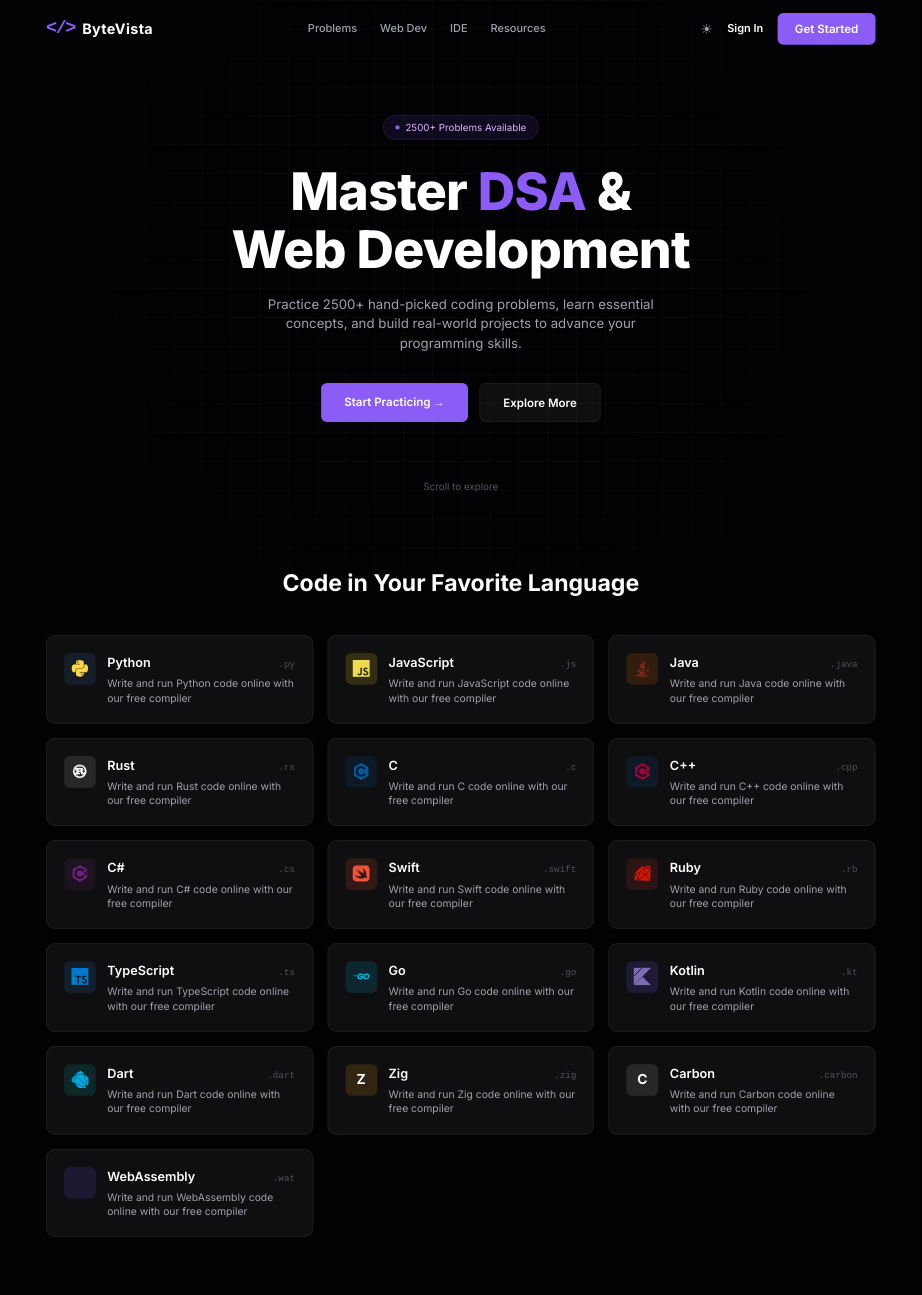
Repository: biswaranjansatapathy2005-lang/ByteVista
Page: frontend/language/language.html
These files come from the project's save history. The page is drawn as it stood at one moment and after the next save; the edit follows.
The browser window is 1280 px wide. The pictures show the whole page, at 72% of full size.
Some web fonts or font styles are not loaded; a fallback is used.

Above is the page before, as saved 2025-12-13 01:45:07.

After the next save:
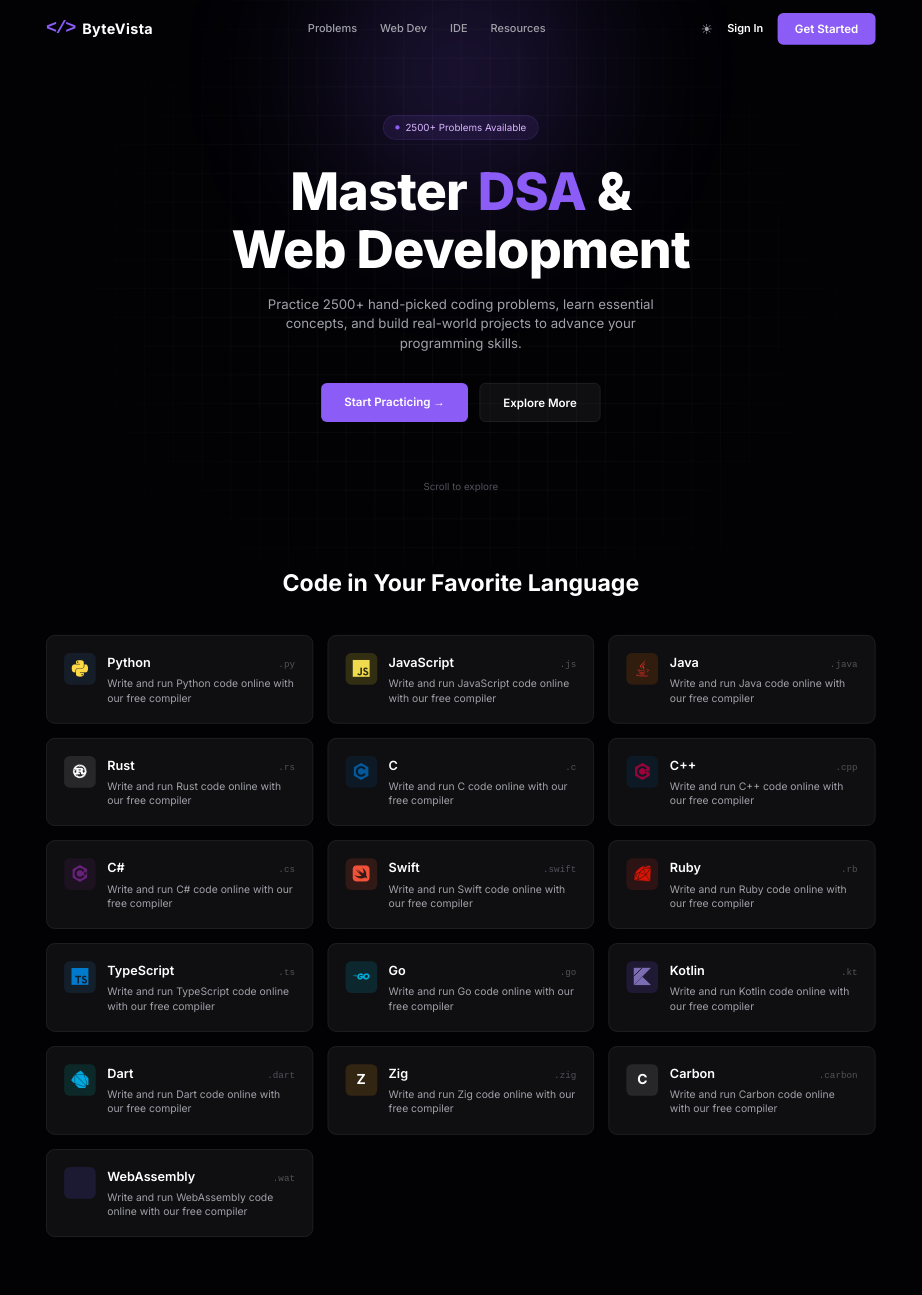
Saved 39 s later.
--- a/frontend/language/language.css
+++ b/frontend/language/language.css
@@ -122,6 +122,18 @@
     z-index: -1;
     pointer-events: none;
 }
+.purple-glow {
+    position: absolute;
+    top: -150px;
+    left: 50%;
+    transform: translateX(-50%);
+    width: 600px;
+    height: 500px;
+    background: radial-gradient(circle, rgba(139, 92, 246, 0.25) 0%, rgba(2, 1, 10, 0) 70%);
+    filter: blur(80px);
+    border-radius: 50%;
+    transition: transform 0.2s ease-out; /* Smooth movement for JS */
+}
 
 .hero-content {
     display: flex;
